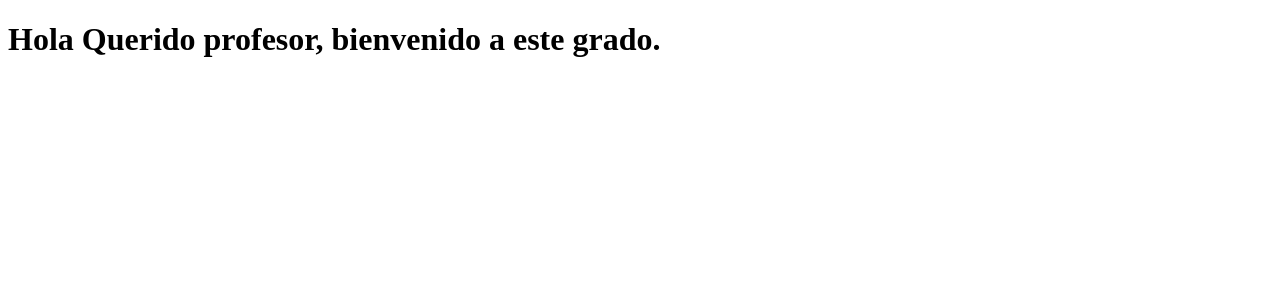
Repository: Larridicula/MyWeb
Page: web.html
An editor plug-in stored every save of this project. The page is shown before and after the next save, followed by the edit.
The browser window is 1280 px wide. The pictures show the whole page.

Above is the page before, as saved 2023-08-28 12:41:13.

After the next save:
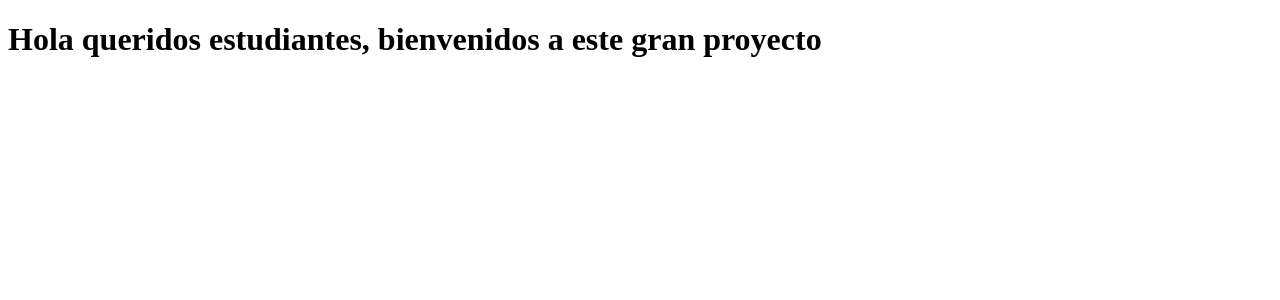
Saved 71 min 24 s later.
--- a/web.html
+++ b/web.html
@@ -1,13 +1,13 @@
 <!DOCTYPE html>
 <html>
     <head>
-        <title> MyWeb </title>
+        <title>Page title</title>
     </head>
     <body>
         <div>
-        <h1>
-            Hola Querido profesor, bienvenido a este grado.
-        </h1>
+            <h1>
+                Hola queridos estudiantes, bienvenidos a este gran proyecto
+            </h1>
         </div>
     </body>
 </html>
